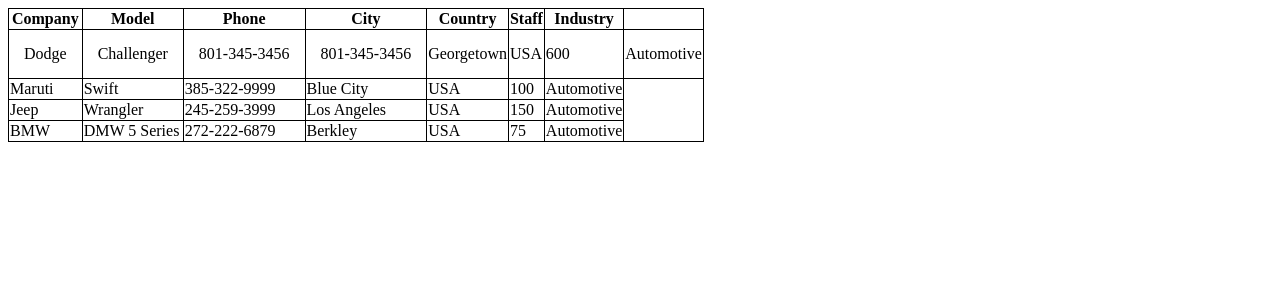
Repository: vgoins-RA2022/HTML-2
Page: index.html
An editor plug-in stored every save of this project. The page is shown before and after the next save, followed by the edit.
The browser window is 1280 px wide. The pictures show the whole page.

Above is the page before, as saved 2023-01-21 22:24:47.

### index.html
<!DOCTYPE html>
<html lang="en">

<head>
  <meta charset="UTF-8">
  <meta name="viewport" content="width=device-width, initial-scale=1">
  <link rel="stylesheet" href="../HTML-2/src/css/Style.css" type="text/css">
  <title>HTML Table Assignment 2</title>
</head>

<body>
  <!-- Build Table -->
  <table>
    <thead>
      <tr>
        <!-- Name colomn headings -->
        <th>Company</th>
        <th>Model</th>
        <th>Phone</th>
        <th>City</th>
        <th>Country</th>
        <th>Staff</th>
        <th>Industry</th>
      </tr>
    </thead>
    <tbody>
      <tr>
        <!--Beginning table data  -->
        <td class="table-cell-padding">Dodge</td>
        <td class="table-cell-padding">Challenger</td>
        <td class="table-cell-padding">801-345-3456</td>
        <td class="table-cell-padding">801-345-3456</td>
        <td>Georgetown</td>
        <td>USA</td>
        <td>600</td>
        <td>Automotive</td>
      </tr>
       <tr>
        <td>Maruti</td>
        <td>Swift</td>
        <td>385-322-9999</td>
        <td>Blue City</td>
        <td>USA</td>
        <td>100</td>
        <td>Automotive</td>
      </tr><tr>
        <td>Jeep</td>
        <td>Wrangler</td>
        <td>245-259-3999</td>
        <td>Los Angeles</td>
        <td>USA</td>
        <td>150</td>
        <td>Automotive</td>
      </tr>
      <tr>
        <td>BMW</td>
        <td>DMW 5 Series</td>
        <td>272-222-6879</td>
        <td>Berkley</td>
        <td>USA</td>
        <td>75</td>
        <td>Automotive</td>
      </tr>
    </tbody>
    <!-- Ending table data -->
  </table>

 </body>

</html>

### src/css/Style.css

table, th, td {
  border: 1px solid black;
  border-collapse: collapse;
}

  .table-cell-padding {
    padding: 15px;
  }

After the next save:
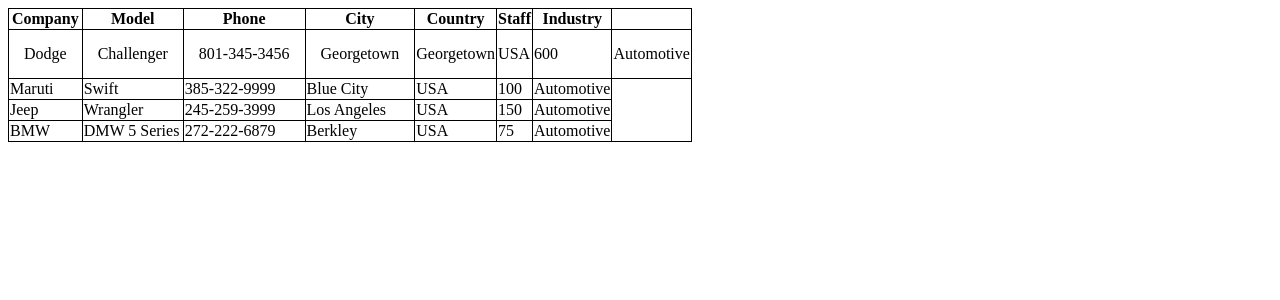
Saved 9 s later.
--- a/index.html
+++ b/index.html
@@ -29,7 +29,7 @@
         <td class="table-cell-padding">Dodge</td>
         <td class="table-cell-padding">Challenger</td>
         <td class="table-cell-padding">801-345-3456</td>
-        <td class="table-cell-padding">801-345-3456</td>
+        <td class="table-cell-padding">Georgetown</td>
         <td>Georgetown</td>
         <td>USA</td>
         <td>600</td>
